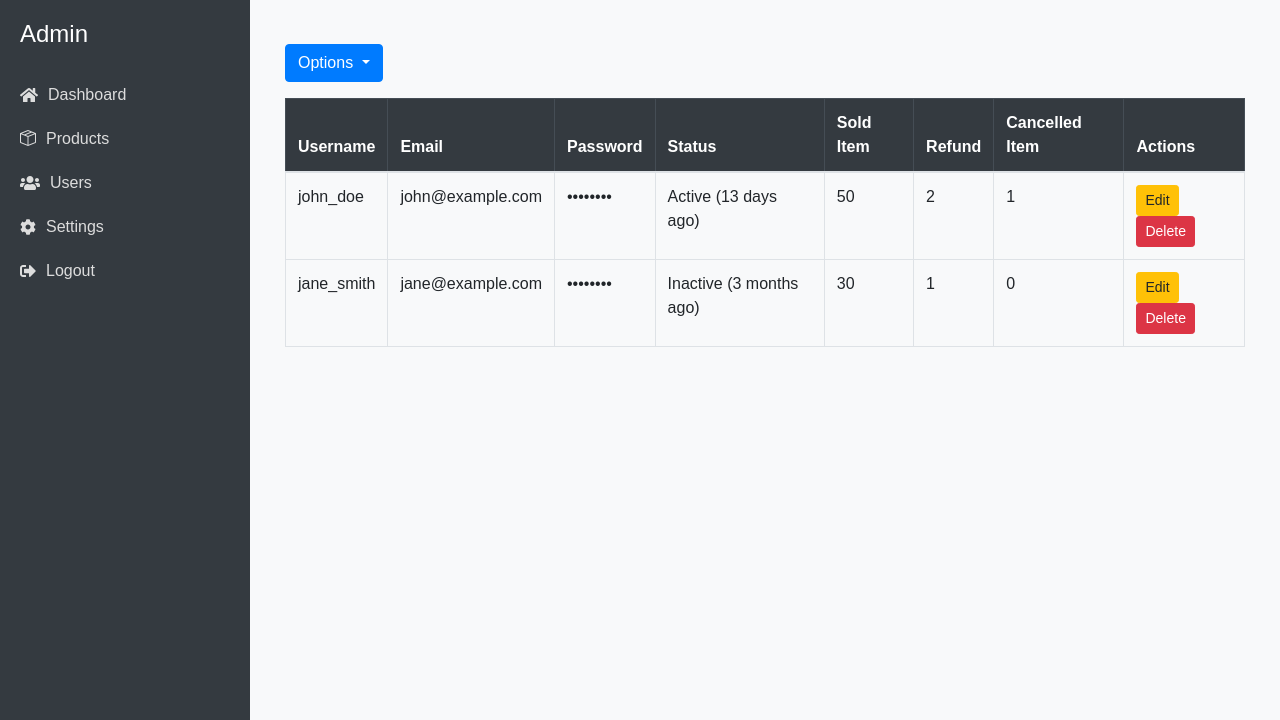
Repository: Darkrepo23/Ecommerce-Manalastas-project
Page: admin/Users-list.html
The author's editor kept a copy of each file at every save. The page is drawn from the files as they stood at one save, then again after the next save.
The browser window is 1280 px wide. The pictures show the whole page.

Above is the page before, as saved 2026-01-06 10:00:06.

### admin/Users-list.html
<!DOCTYPE html>
<html lang="en">

<head>
    <meta charset="UTF-8">
    <meta name="viewport" content="width=device-width, initial-scale=1.0">
    <title>Modern Sidebar</title>
    <script src="https://cdnjs.cloudflare.com/ajax/libs/font-awesome/5.15.4/js/all.min.js"></script>
    <link rel="stylesheet" href="https://cdn.jsdelivr.net/npm/bootstrap-icons@1.11.1/font/bootstrap-icons.css">
    <link rel="stylesheet" href="https://stackpath.bootstrapcdn.com/bootstrap/4.5.2/css/bootstrap.min.css">
    <link rel="stylesheet" href="https://cdnjs.cloudflare.com/ajax/libs/font-awesome/5.15.4/css/all.min.css">

    <style>
        body {
            font-family: 'Arial', sans-serif;
            background-color: #f8f9fa;
            overflow-x: hidden;
        }

        .sidebar {
            width: 250px;
            height: 100vh;
            background: #343a40;
            color: #fff;
            padding: 20px;
            position: fixed;
            left: 0;
            top: 0;
            transition: transform 0.3s ease;
            z-index: 1000;
        }

        .sidebar .nav-link {
            color: #ddd;
            padding: 10px 0;
            display: flex;
            align-items: center;
            gap: 10px;
        }

        .sidebar .nav-link:hover {
            color: #fff;
        }

        /* Content next to sidebar on desktop */
        .content {
            margin-left: 250px;
            padding: 20px;
            transition: 0.3s;
        }

        .hamburger {
            position: fixed;
            top: 15px;
            left: 15px;
            display: none;
            z-index: 5000 !important;
        }

        .chart-container {
            width: 100%;
            /* make it full width */
            max-width: 900px;
            /* optional max width */
            margin: 0 auto;
            background: #fff;
            padding: 20px;
            border-radius: 10px;
            box-shadow: 0 2px 8px rgba(0, 0, 0, 0.1);
        }

        .chart-container canvas {
            /* ensure canvas always fills container */
            width: 100% !important;
            height: auto !important;
        }



        /* MOBILE FIXES */
        @media (max-width: 768px) {

            .sidebar {
                transform: translateX(-100%);
            }

            .sidebar.active {
                transform: translateX(0);
            }

            .hamburger {
                display: block;
            }

            /* Content should NOT be shifted on mobile */
            .content {
                margin-left: 0;
            }
        }

        /* Hamburger button */


        .close-btn {
            font-size: 32px;
            /* size of the X */
            cursor: pointer;
            display: inline-block;
            z-index: 5000 !important;
        }


        /* Dashboard cards */
        .stat-card {
            padding: 20px;
            border-radius: 10px;
            background: #fff;
            text-align: center;
            box-shadow: 0 2px 5px rgba(0, 0, 0, 0.1);
            transition: .2s;
        }

        .stat-card:hover {
            transform: translateY(-3px);
        }
    </style>
</head>

<body>

    <!-- Hamburger Menu -->
    <div class="hamburger" onclick="toggleSidebar()">
        <i class="fas fa-bars"></i>
    </div>

    <!-- Sidebar -->
    <div class="sidebar" id="sidebar">
        <div class="logo mb-3 d-flex align-items-center justify-content-between">
            <h4>Admin</h4>
        </div>
        <ul class="nav flex-column">
            <li class="nav-item">
                <a class="nav-link" href="#"><i class="fas fa-home"></i> Dashboard</a>
            </li>
            <li class="nav-item">
                <a class="nav-link" href="#"><i class="bi bi-box-seam"></i> Products</a>
            </li>
            <li class="nav-item">
                <a class="nav-link" href="#"><i class="fas fa-users"></i> Users</a>
            </li>
            <li class="nav-item">
                <a class="nav-link" href="#"><i class="fas fa-cog"></i> Settings</a>
            </li>
            <li class="nav-item">
                <a class="nav-link" href="#"><i class="fas fa-sign-out-alt"></i> Logout</a>
            </li>
        </ul>
    </div>

    <!-- Main Content -->
    <div class="content">
        <div class="container mt-4">

            <!-- Dropdown -->
            <div class="mb-3 d-flex justify-content-between">
                <div class="dropdown">
                    <button class="btn btn-primary dropdown-toggle" type="button" id="dropdownMenuButton"
                        data-bs-toggle="dropdown" aria-expanded="false">
                        Options
                    </button>
                    <ul class="dropdown-menu" aria-labelledby="dropdownMenuButton">
                        <li><a class="dropdown-item" href="#">Add User</a></li>
                        <li><a class="dropdown-item" href="#">Export List</a></li>
                        <li><a class="dropdown-item" href="#">Settings</a></li>
                    </ul>
                </div>
            </div>

            <!-- Users Table -->
            <div class="table-responsive">
                <table class="table table-bordered table-hover">
                    <thead class="table-dark">
                        <tr>
                            <th>Username</th>
                            <th>Email</th>
                            <th>Password</th>
                            <th>Status</th>
                            <th>Sold Item</th>
                            <th>Refund</th>
                            <th>Cancelled Item</th>
                            <th>Actions</th>
                        </tr>
                    </thead>
                    <tbody>
                        <!-- Example Row -->
                        <tr>
                            <td>john_doe</td>
                            <td>john@example.com</td>
                            <td>••••••••</td>
                            <td>Active (13 days ago)</td>
                            <td>50</td>
                            <td>2</td>
                            <td>1</td>
                            <td>
                                <button class="btn btn-sm btn-warning me-1">Edit</button>
                                <button class="btn btn-sm btn-danger">Delete</button>
                            </td>
                        </tr>
                        <tr>
                            <td>jane_smith</td>
                            <td>jane@example.com</td>
                            <td>••••••••</td>
                            <td>Inactive (3 months ago)</td>
                            <td>30</td>
                            <td>1</td>
                            <td>0</td>
                            <td>
                                <button class="btn btn-sm btn-warning me-1">Edit</button>
                                <button class="btn btn-sm btn-danger">Delete</button>
                            </td>
                        </tr>
                        <!-- Add more rows as needed -->
                    </tbody>
                </table>
            </div>
        </div>
    </div>
    <script src="https://cdn.jsdelivr.net/npm/chart.js"></script>
    <script src="https://cdn.jsdelivr.net/npm/bootstrap@5.3.0/dist/js/bootstrap.bundle.min.js"></script>

</body>

</html>

After the next save:
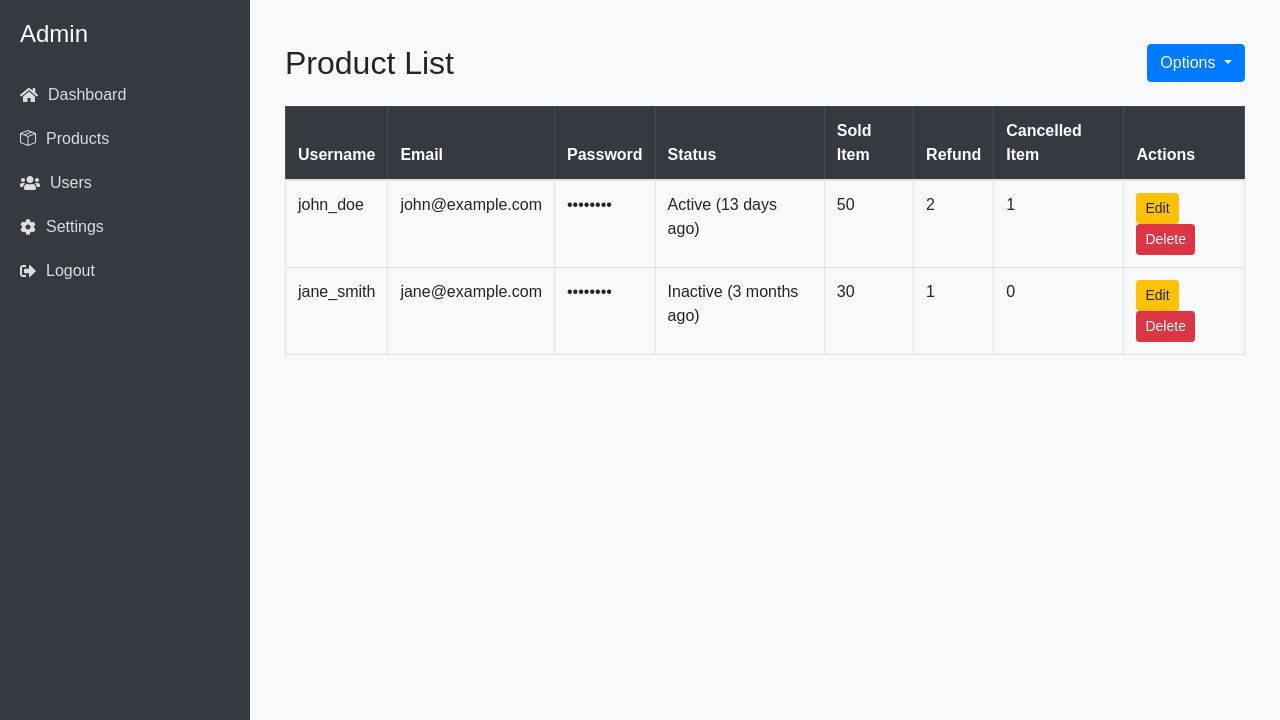
Saved 7 s later.
--- a/admin/Users-list.html
+++ b/admin/Users-list.html
@@ -163,6 +163,7 @@
 
             <!-- Dropdown -->
             <div class="mb-3 d-flex justify-content-between">
+                <h2>Product List</h2>
                 <div class="dropdown">
                     <button class="btn btn-primary dropdown-toggle" type="button" id="dropdownMenuButton"
                         data-bs-toggle="dropdown" aria-expanded="false">
